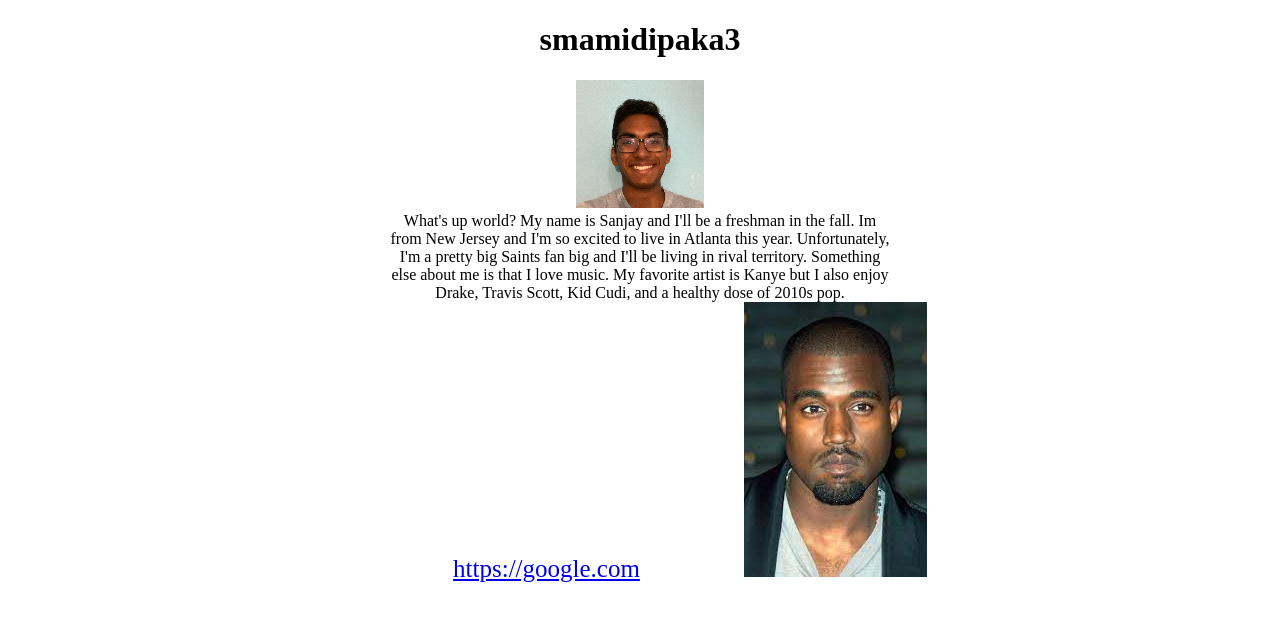
Repository: sanjayMamidipaka/cs1301
Page: lab01/index.html
These files come from the project's save history. The page is drawn as it stood at one moment and after the next save; the edit follows.
The browser window is 1280 px wide. The pictures show the whole page.

Above is the page before, as saved 2021-07-22 16:16:11.

### lab01/index.html
<!DOCTYPE html>

<head>
    <link rel="stylesheet" href="style.css">
  </head>

  <div class = "h1">
    <h1>smamidipaka3</h1>

    <img src="image.png" alt="My Picture">
    <p class = 'description'>
        What's up world? My name is Sanjay and I'll be a freshman in the fall. Im from New Jersey and I'm so excited to live in Atlanta this year.
        Unfortunately, I'm a pretty big Saints fan big and I'll be living in rival territory. Something else about me is that I love music. My favorite artist is Kanye but
        I also enjoy Drake, Travis Scott, Kid Cudi, and a healthy dose of 2010s pop.
    </p>

    <a class = 'link' href="https://google.com">https://google.com</a>

    <a href="https://www.kanyewest.com/" >
        <img class='kanye' src="kanye.jpeg" alt="The GOAT's pic">
    </a>
  </div>

### lab01/style.css
.h1 {
    text-align: center
}

.description {
    width: 500px;
    text-align: center;
    margin: auto;
}

.link {
    font-size: 25px;

}

.kanye {
    position: relative;
    left: 100px;
}

After the next save:
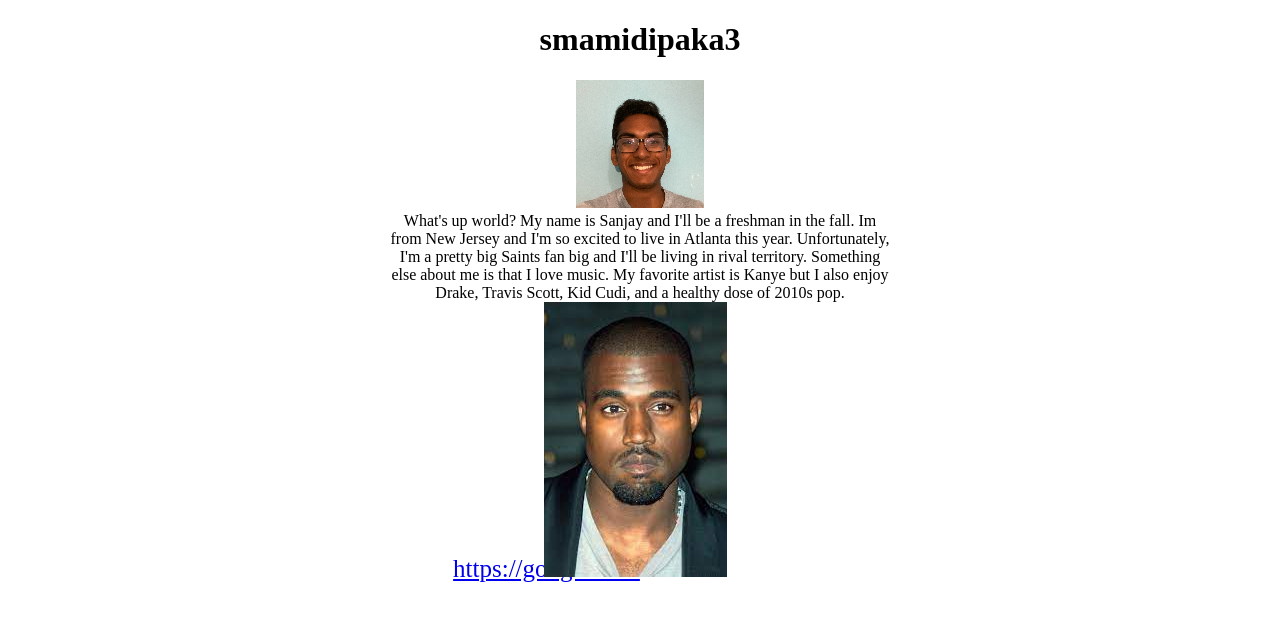
Saved 9 s later.
--- a/lab01/style.css
+++ b/lab01/style.css
@@ -15,5 +15,5 @@
 
 .kanye {
     position: relative;
-    left: 100px;
+    left: -100px;
 }
